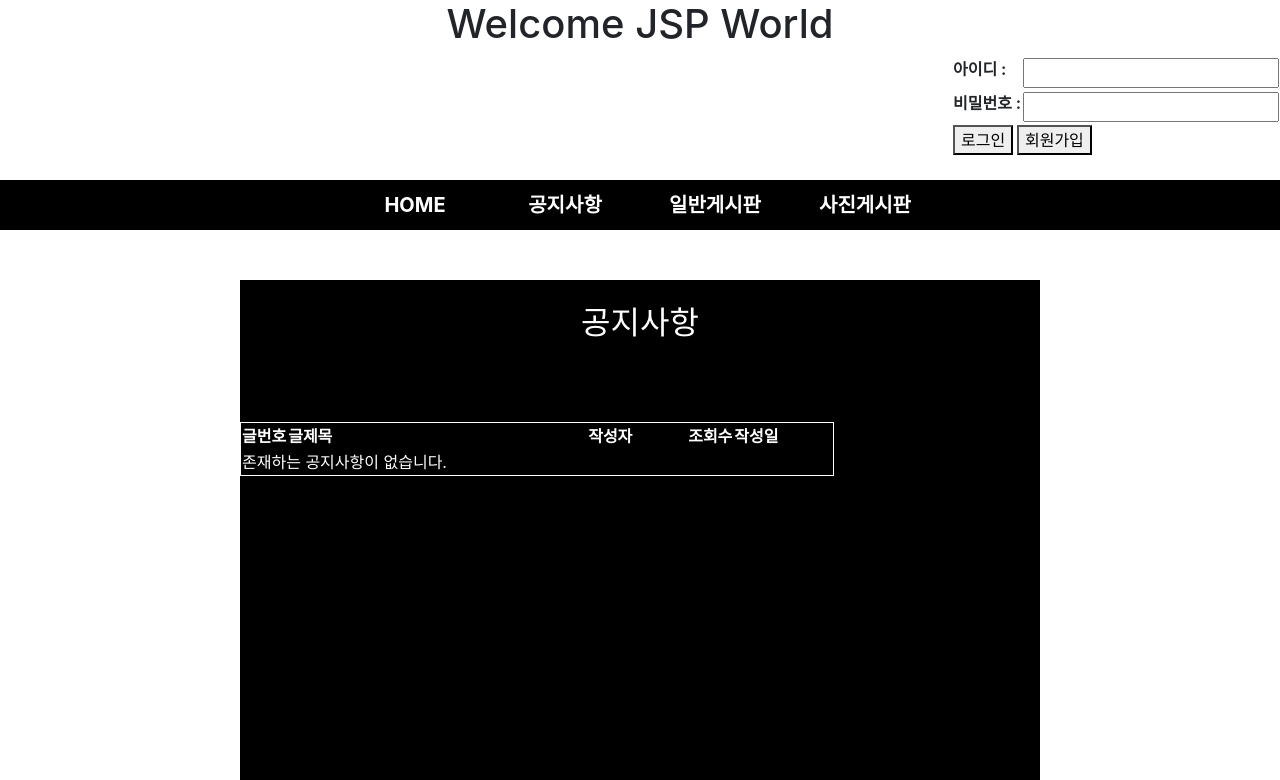
Repository: alsrnr45/dev
Page: http://localhost/jspProject/list.no
These files come from the project's save history. The page is drawn as it stood at one moment and after the next save; the edit follows.
The browser window is 1280 px wide. The pictures show the whole page.
The page is served by Tomcat 9. Queries for data that is not in the repository find no rows.

Above is the page before, as saved 2021-04-12 01:22:32.

After the next save:
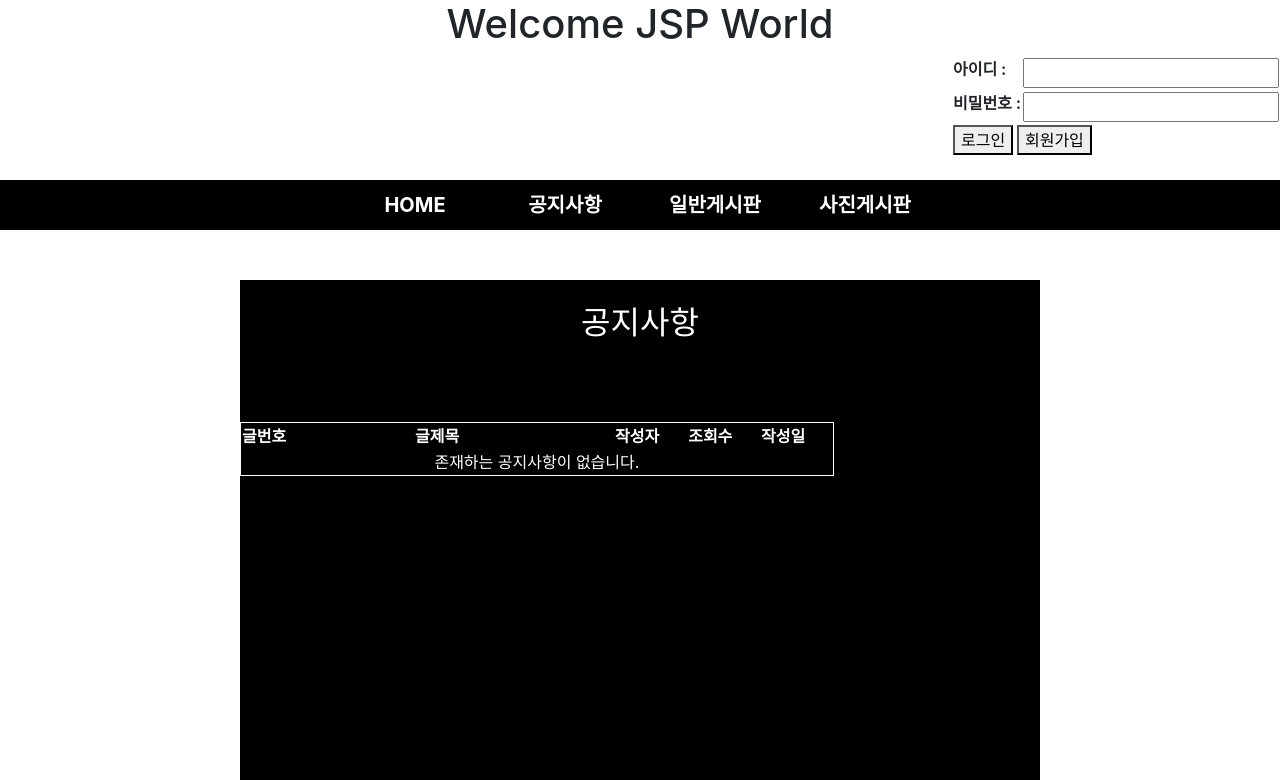
Saved 18 s later.
--- a/jspProject/WebContent/views/notice/NoticeListView.jsp
+++ b/jspProject/WebContent/views/notice/NoticeListView.jsp
@@ -20,7 +20,7 @@
 
     .listArea {
         border:1px solid white;
-        align: center;
+        text-align: center;
     }
 
     .listArea>tbody>tr:hover{
